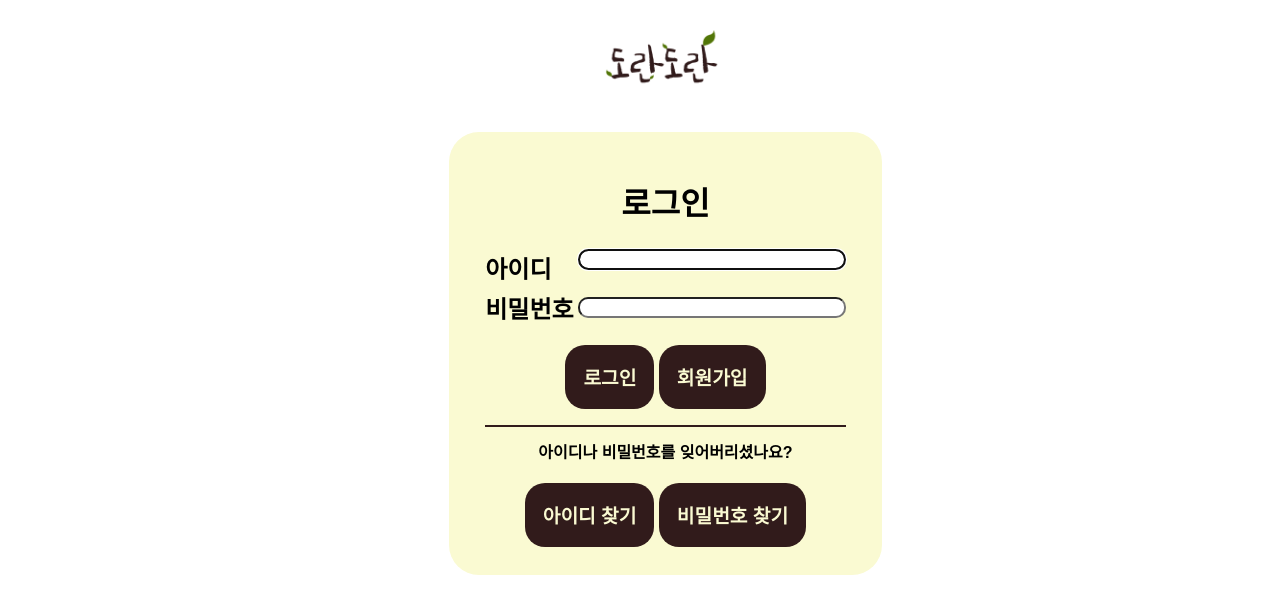
Repository: juhyun110701/DORANDORAN
Page: http://localhost/dorandoran/login.jsp
An editor plug-in stored every save of this project. The page is shown before and after the next save, followed by the edit.
The browser window is 1280 px wide. The pictures show the whole page.
Some web fonts or font styles are not loaded; a fallback is used. The page is served by Tomcat 9. Nobody is signed in. The application's start-up code is not run. Other server files are loaded and not shown.

Above is the page before, as saved 2019-07-17 12:29:08.

### dorandoran/WebContent/login.jsp
<%@ page language="java" contentType="text/html; charset=UTF-8"
    pageEncoding="UTF-8"%>
<!DOCTYPE html>
<html>
<head>
    <meta charset="UTF-8">
    <title>도란도란 : 로그인</title>
    <link rel="stylesheet" href="css/login.css">
    <link href="https://fonts.googleapis.com/css?family=Sunflower:300&display=swap" rel="stylesheet">
    <script>
    	window.onload=function(){
    		document.form.id.focus();
    	}

	    function check(){
			if(document.form.id.value==""){
				alert("아이디를 입력해주세요");
				document.form.id.focus();
				return;
			}
			if(document.form.pw.value==""){
				alert("비밀번호를 입력해주세요");
				document.form.pw.focus();
				return;
			}
			document.forms['form'].submit();	//아이디, 비밀번호 다 입력했을 시 loginProc.jsp로 이동
		}//function check()
    </script>
</head>
<body>

<form name="form" action="loginProc.jsp" method="post">
    <table id="whole">
        <tr>
            <td width="47%"></td>
            <td width="12%"><a href="index.jsp"><img src="img/logo.png" width="80%"></a></td>
            <td width="41%"></td>
        </tr>
        <tr>
           <td colspan=3>
               <div id="box" align="center">
                   <h1>로그인</h1>
                   <p/>
                   <table>
                      <tr>
                          <td>
                               <font size="5%">아이디</font>
                          </td>
                          <td>
                              <input type="text" name="id" class="text" size=30><p>
                          </td>
                       </tr>
                       <tr>
                            <td>
                                <font size="5%">비밀번호</font>
                            </td>
                            <td>
                                <input type="password" name="pw" class="text" size=30>
                            </td>
                       </tr>
                       <tr>
                           <td colspan=2 align="center">
                           	<p>
                           	<input type="button" id="login" class="btn" value="로그인" onclick="check()">
                           	<input type="button" id="signup" class="btn" value="회원가입" onclick="location.href='signup.jsp'">
                           	<p>
                           	<p>
                           	<hr color="#311b1b">
                           </td>
                       </tr>
                       <tr>
                       		<td colspan=2 align="center" id="forget">
                       			아이디나 비밀번호를 잊어버리셨나요?<p>
                       		</td>
                       </tr>
                       <tr>
                       		<td colspan=2 align="center">
                       			<input type="button" id="idforget" class="btn" value="아이디 찾기" onclick="location.href='idSearch.jsp'">
                       		    <input type="button" id="pwforget" class="btn" value="비밀번호 찾기" onclick="location.href='pwSearch.jsp'">
                       		</td>
                       </tr>
                   </table>

               </div>
           </td>
        </tr>
    </table>
</form>
</body>
</html>

### dorandoran/WebContent/css/login.css
body{
    margin:0;
}

*{
    font-family: 'Sunflower', sans-serif;
    font-weight:bold;
}

#whole{
    width:100%;
    height:100%;
}

a{
    text-decoration: none;
}

#box{
    background-color:lightgoldenrodyellow;
    border-radius:30px;
    width:30%;
    margin-left: 35%;
    padding:2%;
}

.text{
	border-radius:10px;
}

.btn{
	background-color:#311b1b;
	color:lightgoldenrodyellow;
	border-radius:20px;
	border:0;
	outline:0;
	padding:5%;
	font-size:120%;
}

After the next save:
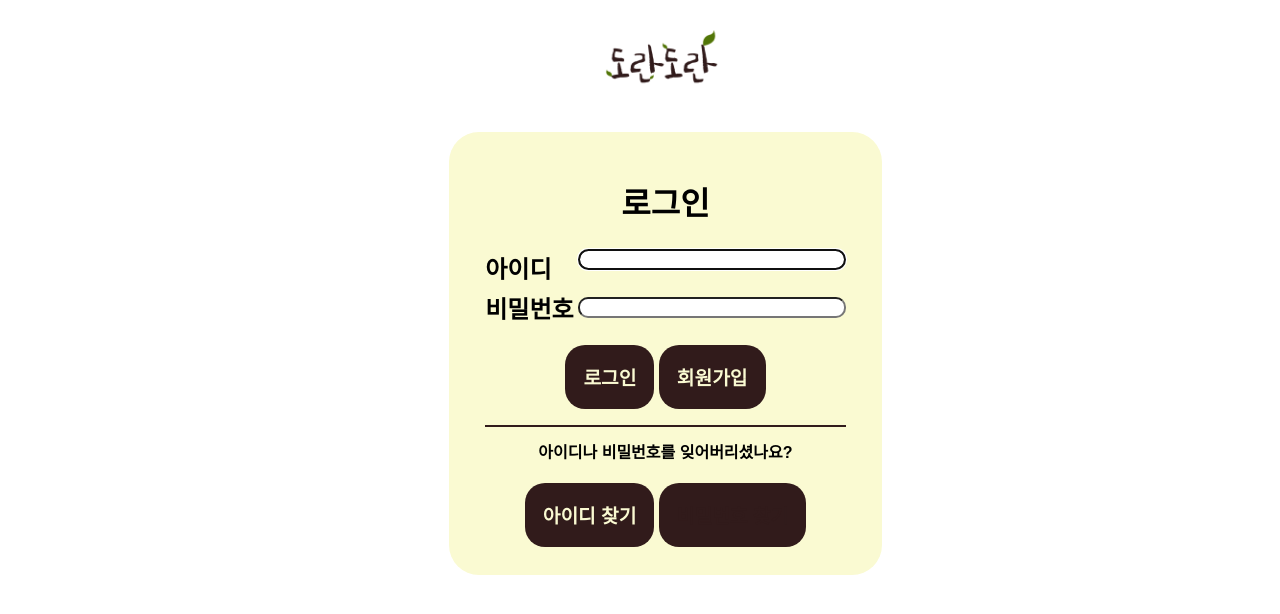
Saved 2 min 54 s later.
--- a/dorandoran/WebContent/css/login.css
+++ b/dorandoran/WebContent/css/login.css
@@ -37,3 +37,7 @@ a{
 	padding:5%;
 	font-size:120%;
 }
+
+#pwforget{
+	color:#311b1b;
+}
